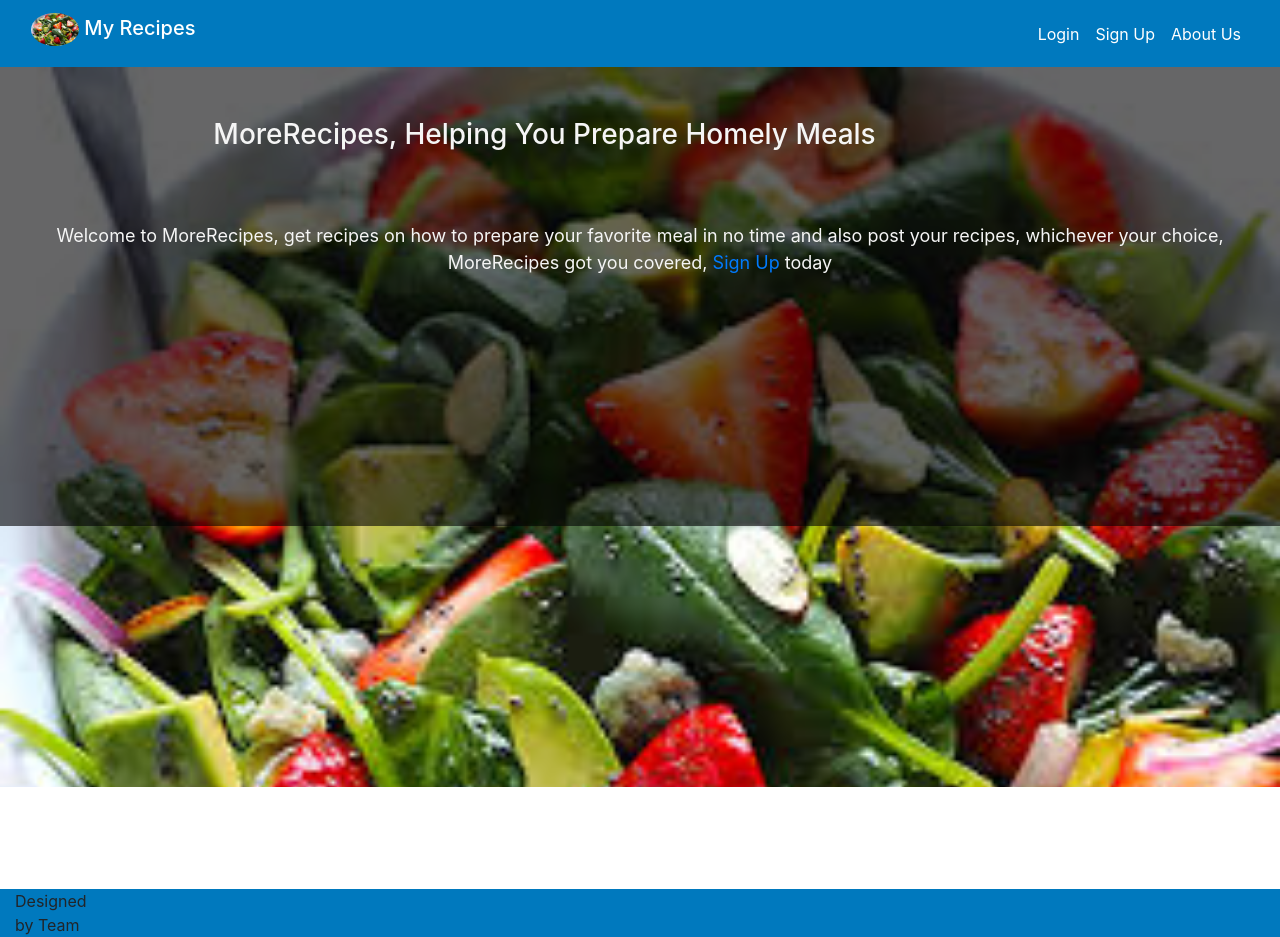
Repository: UggoPrince/more-recipes
Page: html/index.html
These files come from the project's save history. The page is drawn as it stood at one moment and after the next save; the edit follows.
The browser window is 1280 px wide. The pictures show the whole page.

Above is the page before, as saved 2018-07-30 07:14:10.

After the next save:
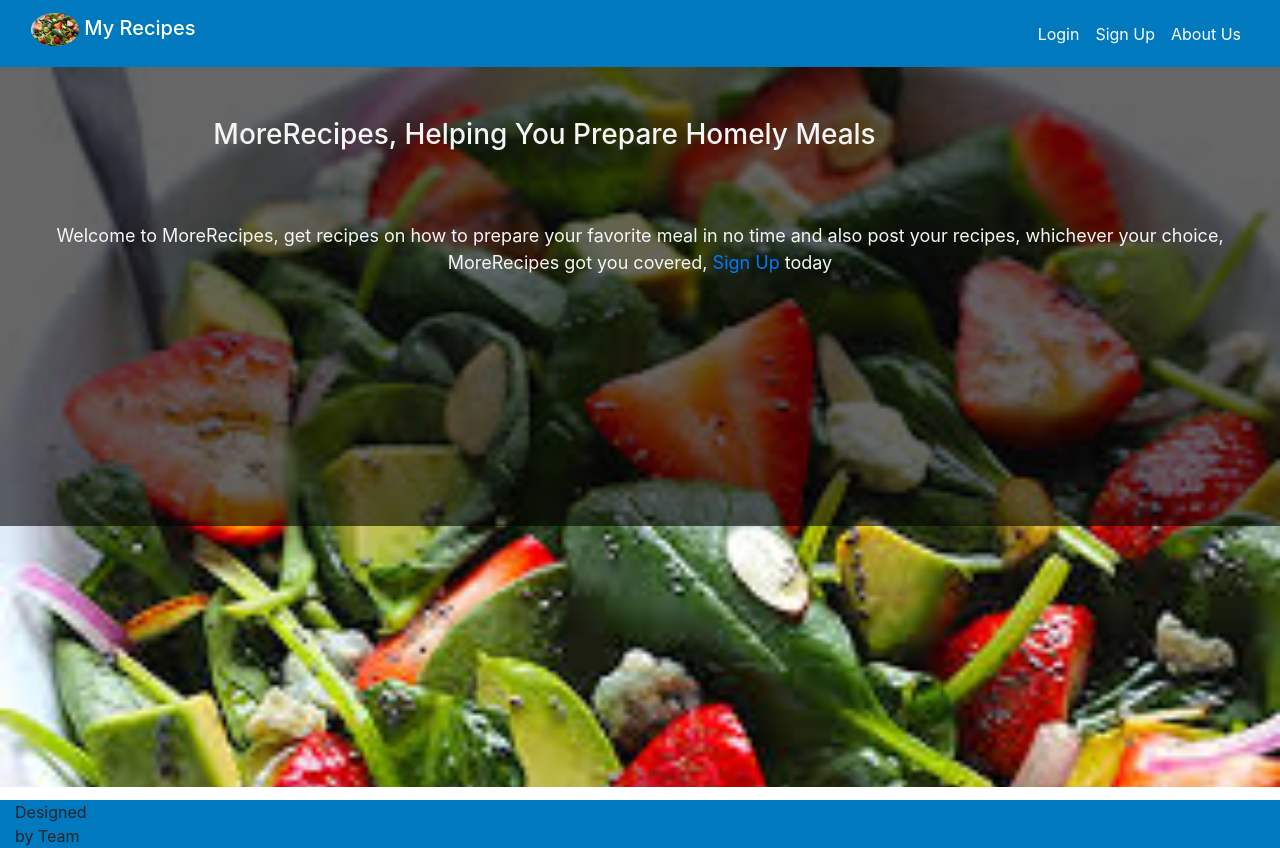
Saved 20 s later.
--- a/html/index.html
+++ b/html/index.html
@@ -66,7 +66,7 @@
       </center>
     </main>
   </div>
-  <footer class="container-fluid" style="background-color: #0079be; margin-top: 8%">
+  <footer class="container-fluid" style="background-color: #0079be; margin-top: 1%">
     <div class="row">
       <div class="col-1">Designed by Team</div>
     </div>
